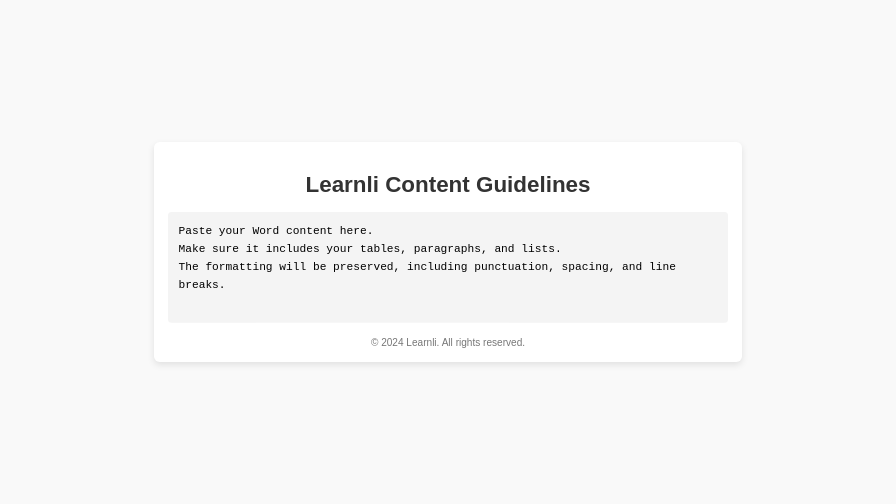
Repository: Learnli23/Learnli
Page: Learnli/users/templates/course_guide.html
The author's editor kept a copy of each file at every save. The page is drawn from the files as they stood at one save, then again after the next save.
The browser window is 1280 px wide. The pictures show the part of the page from y = 0 to 1920 px (the page is 720 px tall before and 3795 px after), at 70% of full size.
The template is drawn by Django 2.2. The application's start-up code is not run. The template is opened directly, without the code that normally fills it, so the values that code supplies are empty.

Above is the page before, as saved 2024-12-05 20:33:26.

After the next save:
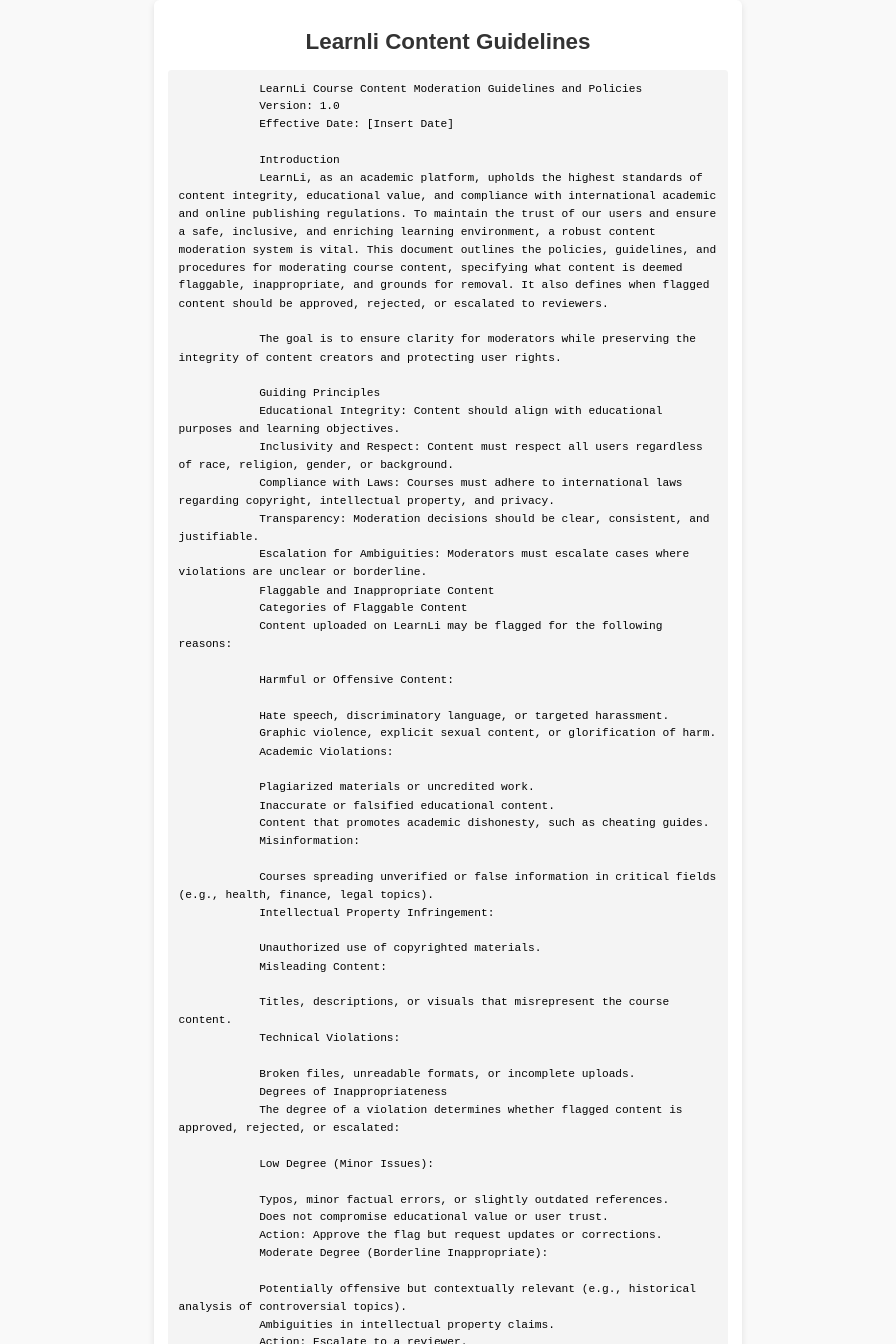
Saved 40 s later.
--- a/Learnli/users/templates/course_guide.html
+++ b/Learnli/users/templates/course_guide.html
@@ -53,9 +53,116 @@
         <h1>Learnli Content Guidelines</h1>
         <!-- Paste your Word content inside the <pre> tag -->
         <pre>
-Paste your Word content here.
-Make sure it includes your tables, paragraphs, and lists.
-The formatting will be preserved, including punctuation, spacing, and line breaks.
+            LearnLi Course Content Moderation Guidelines and Policies
+            Version: 1.0
+            Effective Date: [Insert Date]
+
+            Introduction
+            LearnLi, as an academic platform, upholds the highest standards of content integrity, educational value, and compliance with international academic and online publishing regulations. To maintain the trust of our users and ensure a safe, inclusive, and enriching learning environment, a robust content moderation system is vital. This document outlines the policies, guidelines, and procedures for moderating course content, specifying what content is deemed flaggable, inappropriate, and grounds for removal. It also defines when flagged content should be approved, rejected, or escalated to reviewers.
+
+            The goal is to ensure clarity for moderators while preserving the integrity of content creators and protecting user rights.
+
+            Guiding Principles
+            Educational Integrity: Content should align with educational purposes and learning objectives.
+            Inclusivity and Respect: Content must respect all users regardless of race, religion, gender, or background.
+            Compliance with Laws: Courses must adhere to international laws regarding copyright, intellectual property, and privacy.
+            Transparency: Moderation decisions should be clear, consistent, and justifiable.
+            Escalation for Ambiguities: Moderators must escalate cases where violations are unclear or borderline.
+            Flaggable and Inappropriate Content
+            Categories of Flaggable Content
+            Content uploaded on LearnLi may be flagged for the following reasons:
+
+            Harmful or Offensive Content:
+
+            Hate speech, discriminatory language, or targeted harassment.
+            Graphic violence, explicit sexual content, or glorification of harm.
+            Academic Violations:
+
+            Plagiarized materials or uncredited work.
+            Inaccurate or falsified educational content.
+            Content that promotes academic dishonesty, such as cheating guides.
+            Misinformation:
+
+            Courses spreading unverified or false information in critical fields (e.g., health, finance, legal topics).
+            Intellectual Property Infringement:
+
+            Unauthorized use of copyrighted materials.
+            Misleading Content:
+
+            Titles, descriptions, or visuals that misrepresent the course content.
+            Technical Violations:
+
+            Broken files, unreadable formats, or incomplete uploads.
+            Degrees of Inappropriateness
+            The degree of a violation determines whether flagged content is approved, rejected, or escalated:
+
+            Low Degree (Minor Issues):
+
+            Typos, minor factual errors, or slightly outdated references.
+            Does not compromise educational value or user trust.
+            Action: Approve the flag but request updates or corrections.
+            Moderate Degree (Borderline Inappropriate):
+
+            Potentially offensive but contextually relevant (e.g., historical analysis of controversial topics).
+            Ambiguities in intellectual property claims.
+            Action: Escalate to a reviewer.
+            High Degree (Severe Violations):
+
+            Explicitly harmful, offensive, or illegal content.
+            Plagiarized work or blatant misinformation.
+            Action: Reject the content and remove it immediately.
+            Procedures for Moderation Actions
+            Approval of Flagged Content
+
+            When to Approve:
+            The flagged content does not meet any defined flaggable criteria.
+            The flag stems from a misunderstanding or over-sensitivity without clear grounds for violation.
+            Steps:
+            Approve the content with an explanation to the flagging user.
+            Mark the case as resolved.
+            Rejection of Flagged Content
+
+            When to Reject:
+            Content clearly violates flaggable criteria at a moderate or high degree.
+            Steps:
+            Notify the content creator of the rejection with a detailed explanation.
+            Allow the creator to appeal within [set time, e.g., 7 days].
+            Escalation to Reviewer
+
+            When to Escalate:
+            The moderator cannot confidently determine the severity or appropriateness.
+            Content falls in a grey area requiring expert judgment.
+            Steps:
+            Escalate the case with detailed notes and supporting evidence.
+            Notify the flagger and the creator of the escalation.
+            Case Assignments and Procedures
+            To ensure an efficient and transparent workflow, cases are categorized and assigned based on content type and violation severity:
+
+            Content Type Assigned Moderator Team Action Timeline
+            Courses Academic Experts + Content Reviewers 48 hours
+            Blogs Content Writers + Legal Moderators 24 hours
+            Lessons Academic Experts 48 hours
+            Course Units Content Reviewers + IT Moderators 48 hours
+            Uploaded Books Legal Moderators + Academic Experts 72 hours
+            eBooks Legal Moderators + Content Reviewers 72 hours
+            Escalation Protocol
+            Case Documentation: Moderators must provide:
+
+            Screenshots of flagged content.
+            Detailed descriptions of the violation.
+            Links to relevant policies or guidelines.
+            Reviewer Panel: Composed of senior moderators, academic experts, and legal advisors.
+
+            Resolution: The reviewer panel decides to:
+
+            Approve the flagged content.
+            Reject the flagged content with explanations.
+            Forward to LearnLi’s legal team for external arbitration in severe cases.
+            Moderator Conduct and Compliance
+            Moderators must adhere to LearnLi’s Confidentiality Agreement to protect user data and privacy.
+            All actions must comply with relevant laws, including GDPR, CCPA, and copyright laws.
+            Moderators are trained periodically to stay updated on content policies and legal standards.
+            This document serves as the standard guideline for LearnLi content moderation. Regular reviews will ensure alignment with evolving educational and legal standards.
         </pre>
         <div class="footer">
             &copy; 2024 Learnli. All rights reserved.
